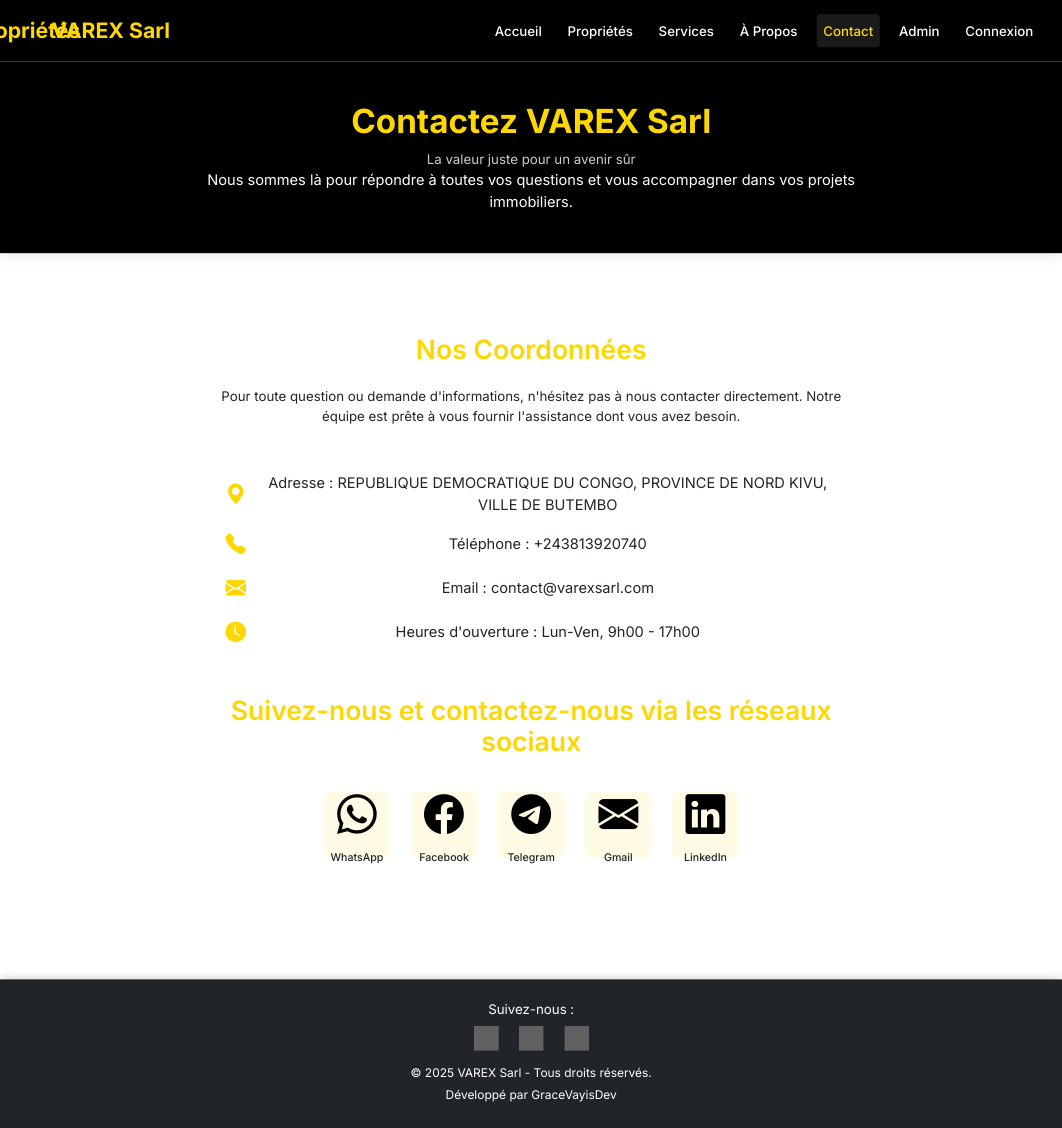
Repository: gradi243/catine
Page: contact.html
The author's editor kept a copy of each file at every save. The page is drawn from the files as they stood at one save, then again after a run of saves.
The browser window is 1280 px wide. The pictures show the whole page, at 83% of full size.
Pictures or frames that could not be fetched are drawn as grey boxes.

Above is the page before, as saved 2025-07-01 00:02:13.

### contact.html
<!DOCTYPE html>
<html lang="fr">
<head>
    <meta charset="UTF-8">
    <meta name="viewport" content="width=device-width, initial-scale=1.0">
    <title>Contact - VAREX Sarl</title>
    <!-- Bootstrap CSS via CDN -->
    <link href="https://cdn.jsdelivr.net/npm/bootstrap@5.3.2/dist/css/bootstrap.min.css" rel="stylesheet" xintegrity="sha384-T3c6CoIi6uLrA9TneNEoa7RxnatzjcDSCmG1MXxSR1GAsXEV/Dwwykc2MPK8M2HN" crossorigin="anonymous">
    <!-- Bootstrap Icons via CDN -->
    <link href="https://cdn.jsdelivr.net/npm/bootstrap-icons@1.10.5/font/bootstrap-icons.css" rel="stylesheet">
    <!-- Google Fonts: Inter for a clean, modern look -->
    <link href="https://fonts.googleapis.com/css2?family=Inter:wght@300;400;500;600;700&display=swap" rel="stylesheet">
    <!-- Custom Styles -->
    <style>
        /* Define CSS Variables for the new color palette */
        :root {
            --color-primary-yellow: #FFD700; /* Gold/Yellow */
            --color-secondary-black: #000000; /* Black */
            --color-light-white: #FFFFFF; /* White */
            --color-dark-grey-text: #212529; /* Dark grey for general text */
        }

        body {
            font-family: 'Inter', sans-serif;
            background-color: var(--color-light-white);
            color: var(--color-dark-grey-text);
            display: flex;
            flex-direction: column;
            min-height: 100vh;
        }

        /* Navbar Customization */
        .navbar {
            background-color: var(--color-secondary-black) !important;
            box-shadow: 0 2px 10px rgba(0, 0, 0, 0.2);
            padding-top: 0.75rem;
            padding-bottom: 0.75rem;
        }
        .navbar-brand {
            font-weight: 700;
            font-size: 1.6rem;
            color: var(--color-primary-yellow) !important;
            display: flex;
            align-items: center;
        }
        .navbar-brand #companyLogo {
            width: 40px;
            height: 40px;
            margin-right: 10px;
            display: flex;
            justify-content: center;
            align-items: center;
            flex-shrink: 0;
        }
        .navbar-brand #companyLogo img {
            max-width: 100%;
            max-height: 100%;
            object-fit: contain;
            border-radius: 5px;
        }
        .navbar-nav .nav-link {
            color: var(--color-light-white) !important;
            font-weight: 500;
            margin-right: 15px;
            padding: 8px 12px;
            border-radius: 5px;
            transition: background-color 0.3s ease, color 0.3s ease;
        }
        .navbar-nav .nav-link:hover,
        .navbar-nav .nav-link.active {
            background-color: rgba(255, 255, 255, 0.1);
            color: var(--color-primary-yellow) !important;
        }
        .navbar-toggler {
            border-color: rgba(255, 255, 255, 0.3);
        }
        .navbar-toggler-icon {
            background-image: url("data:[embedded picture, 214 characters]");
        }

        /* Header (Hero Section) Customization */
        header {
            background-color: var(--color-secondary-black) !important;
            color: var(--color-light-white) !important;
            padding: 60px 0;
            text-align: center;
            box-shadow: 0 4px 15px rgba(0, 0, 0, 0.1);
        }
        header h1 {
            font-size: 2.5rem;
            font-weight: 700;
            color: var(--color-primary-yellow) !important;
            margin-bottom: 10px;
        }
        header p {
            font-size: 1.1rem;
            color: var(--color-light-white);
            max-width: 800px;
            margin: 0 auto;
        }
        header .slogan {
            font-size: 1rem;
            color: #ccc;
            margin-top: 5px;
        }

        /* Section Titles */
        .text-primary {
            color: var(--color-primary-yellow) !important;
        }

        /* Contact Section Specifics */
        .contact-section {
            background-color: var(--color-light-white);
            padding: 50px 0;
        }
        .contact-section h2 {
            font-size: 2rem;
            font-weight: 600;
            margin-bottom: 30px;
            color: var(--color-dark-grey-text);
        }
        .contact-info .list-group-item {
            background-color: transparent;
            border: none;
            padding-left: 0;
            color: var(--color-dark-grey-text);
            font-size: 1.1rem; /* Slightly larger text for readability */
        }
        .contact-info .list-group-item i {
            color: var(--color-primary-yellow);
            font-size: 1.4em; /* Larger icons */
            width: 40px; /* Fixed width for icon alignment */
            text-align: center;
            flex-shrink: 0; /* Prevent icon from shrinking */
        }
        .contact-info .list-group-item span {
            flex-grow: 1; /* Allow text to take remaining space */
        }

        .social-contact-icons {
            display: flex;
            justify-content: center;
            gap: 25px; /* Increased gap */
            margin-top: 40px; /* More space above icons */
            flex-wrap: wrap;
        }
        .social-contact-icons a {
            color: var(--color-secondary-black);
            font-size: 3rem; /* Even larger icons for prominence */
            transition: color 0.3s ease, transform 0.2s ease;
            text-decoration: none; /* Remove underline */
            display: flex;
            flex-direction: column; /* Stack icon and text vertically */
            align-items: center; /* Center items horizontally */
            justify-content: center;
            width: 80px; /* Adjust width to fit text */
            height: 80px; /* Adjust height to fit text */
            border-radius: 10px; /* More square-ish background for icons */
            background-color: rgba(255, 215, 0, 0.1); /* Light yellow background */
            padding: 10px; /* Padding inside the clickable area */
        }
        .social-contact-icons a i {
            margin-bottom: 5px; /* Space between icon and text */
        }
        .social-contact-icons a span {
            font-size: 0.8rem; /* Smaller font for the text label */
            font-weight: 500;
            color: var(--color-dark-grey-text); /* Text color for label */
            text-align: center;
        }
        .social-contact-icons a:hover {
            color: var(--color-primary-yellow);
            transform: translateY(-5px) scale(1.1); /* More pronounced hover effect */
            background-color: var(--color-secondary-black); /* Black background on hover */
        }
        /* Specific hover colors for social icons */
        .social-contact-icons .bi-whatsapp:hover { color: #25D366; }
        .social-contact-icons .bi-facebook:hover { color: #1877F2; }
        .social-contact-icons .bi-telegram:hover { color: #0088CC; }
        .social-contact-icons .bi-envelope-fill:hover { color: #EA4335; }
        .social-contact-icons .bi-linkedin:hover { color: #0A66C2; }
        .social-contact-icons .bi-telephone-fill:hover { color: var(--color-primary-yellow); } /* Keep yellow for phone */


        /* Footer Customization */
        footer {
            background-color: var(--color-secondary-black) !important;
            color: var(--color-light-white) !important;
            padding: 40px 0;
            margin-top: auto;
            box-shadow: 0 -2px 10px rgba(0, 0, 0, 0.2);
        }
        footer .social-icons a {
            margin: 0 10px;
            display: inline-block;
        }
        footer .social-icons img {
            width: 30px;
            height: 30px;
            filter: invert(100%) sepia(100%) saturate(0%) hue-rotate(285deg) brightness(100%) contrast(100%);
            transition: transform 0.2s ease;
        }
        footer .social-icons img:hover {
            transform: scale(1.1);
        }
        footer p {
            font-size: 0.9rem;
            margin-bottom: 5px;
        }

        /* Responsive adjustments */
        @media (max-width: 768px) {
            header h1 {
                font-size: 2rem;
            }
            header p {
                font-size: 1rem;
            }
            .contact-section h2 {
                font-size: 1.8rem;
            }
            .contact-section p {
                font-size: 1rem;
            }
            .social-contact-icons {
                gap: 15px;
            }
            .social-contact-icons a {
                font-size: 2rem;
                width: 70px; /* Adjusted width for smaller screens */
                height: 70px; /* Adjusted height for smaller screens */
            }
            .social-contact-icons a span {
                font-size: 0.7rem;
            }
        }
        @media (max-width: 576px) {
            .navbar-brand {
                font-size: 1.4rem;
            }
            header {
                padding: 40px 0;
            }
            header h1 {
                font-size: 1.6rem;
            }
            header .slogan {
                font-size: 0.9rem;
            }
            .social-contact-icons {
                gap: 10px;
            }
            .social-contact-icons a {
                font-size: 1.8rem;
                width: 60px;
                height: 60px;
            }
            .social-contact-icons a span {
                font-size: 0.65rem;
            }
        }
    </style>
</head>
<body>

<nav class="navbar navbar-expand-lg navbar-dark">
    <div class="container-fluid">
        <a class="navbar-brand" href="index.html">
            <div id="companyLogo">
                Propriétés
            </div>
            <strong>VAREX Sarl</strong>
        </a>
        <button class="navbar-toggler" type="button" data-bs-toggle="collapse" data-bs-target="#navbarNav" aria-controls="navbarNav" aria-expanded="false" aria-label="Toggle navigation">
            <span class="navbar-toggler-icon"></span>
        </button>
        <div class="collapse navbar-collapse" id="navbarNav">
            <ul class="navbar-nav ms-auto">
                <li class="nav-item"><a class="nav-link" href="index.html">Accueil</a></li>
                <li class="nav-item"><a class="nav-link" href="categorie.html">Propriétés</a></li>
                <li class="nav-item"><a class="nav-link" href="services.html">Services</a></li>
                <li class="nav-item"><a class="nav-link" href="apropos.html">À Propos</a></li>
                <li class="nav-item"><a class="nav-link active" aria-current="page" href="contact.html">Contact</a></li>
                <li class="nav-item"><a class="nav-link" href="admin/index.html">Admin</a></li>
                <li class="nav-item"><a class="nav-link" href="login.html">Connexion</a></li>
            </ul>
        </div>
    </div>
</nav>

<header class="text-center py-5">
    <h1>Contactez VAREX Sarl</h1>
    <p class="slogan">La valeur juste pour un avenir sûr</p>
    <p>Nous sommes là pour répondre à toutes vos questions et vous accompagner dans vos projets immobiliers.</p>
</header>

<section class="container my-5 contact-section">
    <div class="row justify-content-center">
        <div class="col-lg-8">
            <h2 class="text-center text-primary mb-4">Nos Coordonnées</h2>
            <p class="text-center mb-5">
                Pour toute question ou demande d'informations, n'hésitez pas à nous contacter directement.
                Notre équipe est prête à vous fournir l'assistance dont vous avez besoin.
            </p>

            <ul class="list-group list-group-flush contact-info text-center">
                <li class="list-group-item d-flex align-items-center justify-content-center">
                    <i class="bi bi-geo-alt-fill me-3"></i>
                    <span>Adresse : REPUBLIQUE DEMOCRATIQUE DU CONGO, PROVINCE DE NORD KIVU, VILLE DE BUTEMBO</span>
                </li>
                <li class="list-group-item d-flex align-items-center justify-content-center">
                    <i class="bi bi-telephone-fill me-3"></i>
                    <span>Téléphone : +243813920740</span>
                </li>
                <li class="list-group-item d-flex align-items-center justify-content-center">
                    <i class="bi bi-envelope-fill me-3"></i>
                    <span>Email : contact@varexsarl.com</span>
                </li>
                <li class="list-group-item d-flex align-items-center justify-content-center">
                    <i class="bi bi-clock-fill me-3"></i>
                    <span>Heures d'ouverture : Lun-Ven, 9h00 - 17h00</span>
                </li>
            </ul>

            <h2 class="text-center text-primary mt-5 mb-3">Suivez-nous et contactez-nous via les réseaux sociaux</h2>
            <div class="social-contact-icons">
                <a href="https://wa.me/votre_numero_whatsapp" target="_blank" title="WhatsApp">
                    <i class="bi bi-whatsapp"></i>
                    <span>WhatsApp</span>
                </a>
                <a href="https://www.facebook.com/votre_page_facebook" target="_blank" title="Facebook">
                    <i class="bi bi-facebook"></i>
                    <span>Facebook</span>
                </a>
                <a href="https://t.me/votre_nom_utilisateur_telegram" target="_blank" title="Telegram">
                    <i class="bi bi-telegram"></i>
                    <span>Telegram</span>
                </a>
                <a href="mailto:contact@varexsarl.com" title="Gmail">
                    <i class="bi bi-envelope-fill"></i>
                    <span>Gmail</span>
                </a>
                <a href="https://www.linkedin.com/company/votre_entreprise" target="_blank" title="LinkedIn">
                    <i class="bi bi-linkedin"></i>
                    <span>LinkedIn</span>
                </a>
            </div>
        </div>
    </div>
</section>

<footer class="text-center text-white py-4 bg-dark mt-5">
    <div class="mb-2">Suivez-nous :</div>
    <div class="social-icons">
        <a href="#"><img src="https://upload.wikimedia.org/wikipedia/commons/thumb/6/6b/WhatsApp.svg/2048px-WhatsApp.svg.png" alt="WhatsApp" style="filter: invert(100%);"></a>
        <a href="#"><img src="https://upload.wikimedia.org/wikipedia/commons/thumb/7/7e/Gmail_icon_%282020%29.svg/512px-Gmail_icon_%282020%29.svg.png" alt="Gmail" style="filter: invert(100%);"></a>
        <a href="#"><img src="https://upload.wikimedia.org/wikipedia/commons/thumb/b/b8/2021_Facebook_icon.svg/2048px-2021_Facebook_icon.svg.png" alt="Facebook" style="filter: invert(100%);"></a>
    </div>
    <p class="mt-3">&copy; 2025 VAREX Sarl - Tous droits réservés.</p>
    <p>Développé par GraceVayisDev</p>
</footer>

<!-- Bootstrap Bundle JS (includes Popper) -->
<script src="https://cdn.jsdelivr.net/npm/bootstrap@5.3.2/dist/js/bootstrap.bundle.min.js" xintegrity="sha384-C6RzsynM9kWDrMNeT87bh95OGNyZPhcTNXj1NW7RuBCsyN/o0jlpcV8Qyq46cDfL" crossorigin="anonymous"></script>
</body>
</html>

After the next 2 saves:
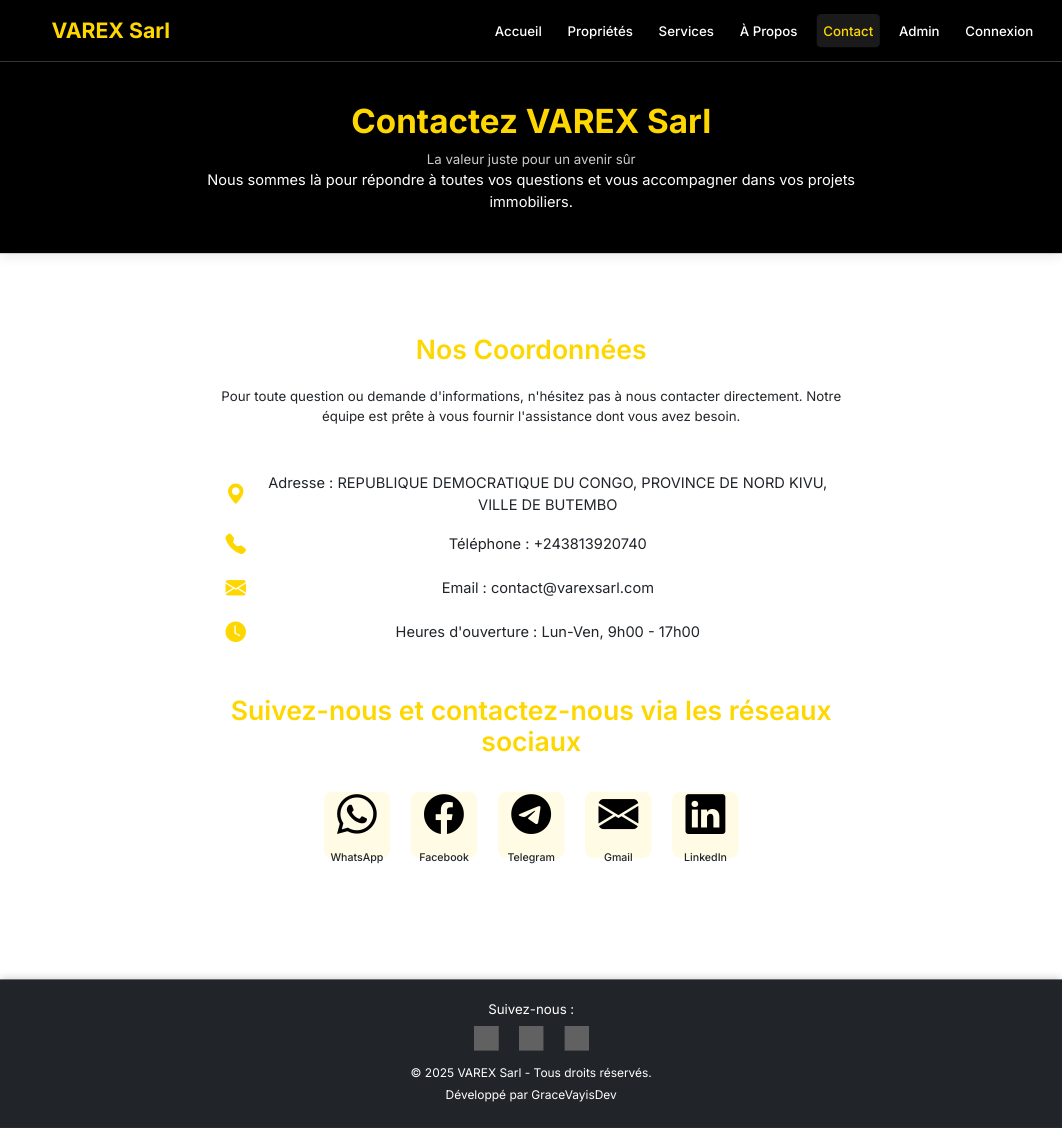
The 2 saves are shown as one change because they came seconds apart.
The last was saved 9 s later.
--- a/contact.html
+++ b/contact.html
@@ -268,7 +268,7 @@
     <div class="container-fluid">
         <a class="navbar-brand" href="index.html">
             <div id="companyLogo">
-                Propriétés
+                <img src="" alt="" srcset="">
             </div>
             <strong>VAREX Sarl</strong>
         </a>
